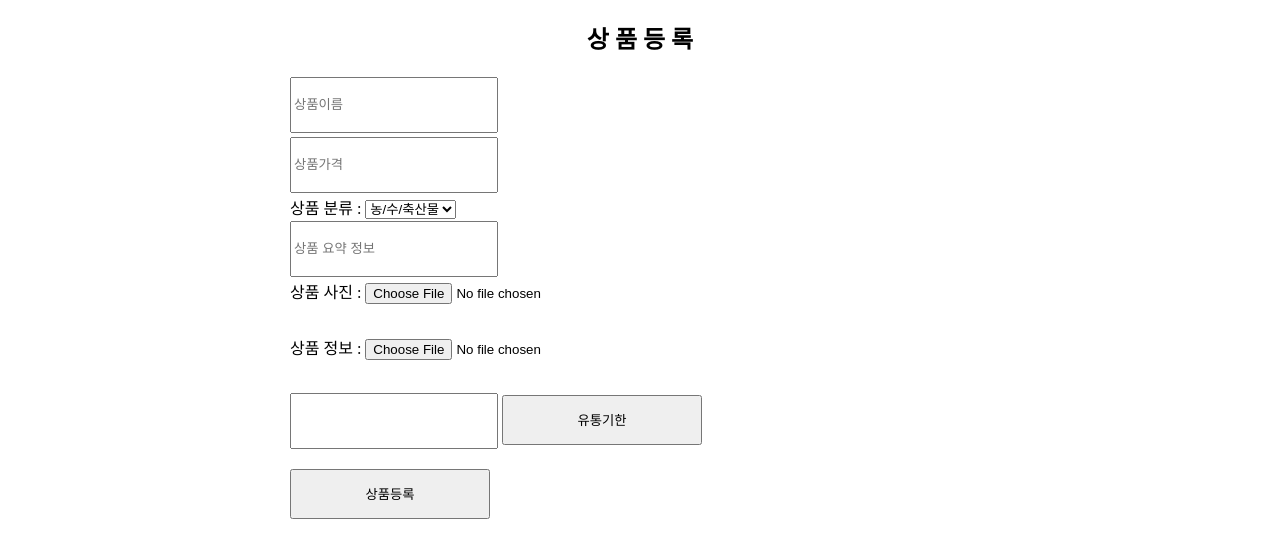
Repository: fellownew/project_workspace
Page: http://localhost/shoppingmall/WEB-INF/view/body/product/product_join_form.jsp
An editor plug-in stored every save of this project. The page is shown before and after the next save, followed by the edit.
The browser window is 1280 px wide. The pictures show the whole page.
The page is served by Tomcat 9. Nobody is signed in. The template is opened directly, without the code that normally fills it, so the values that code supplies are empty.

Above is the page before, as saved 2015-06-11 01:49:40.

After the next save:
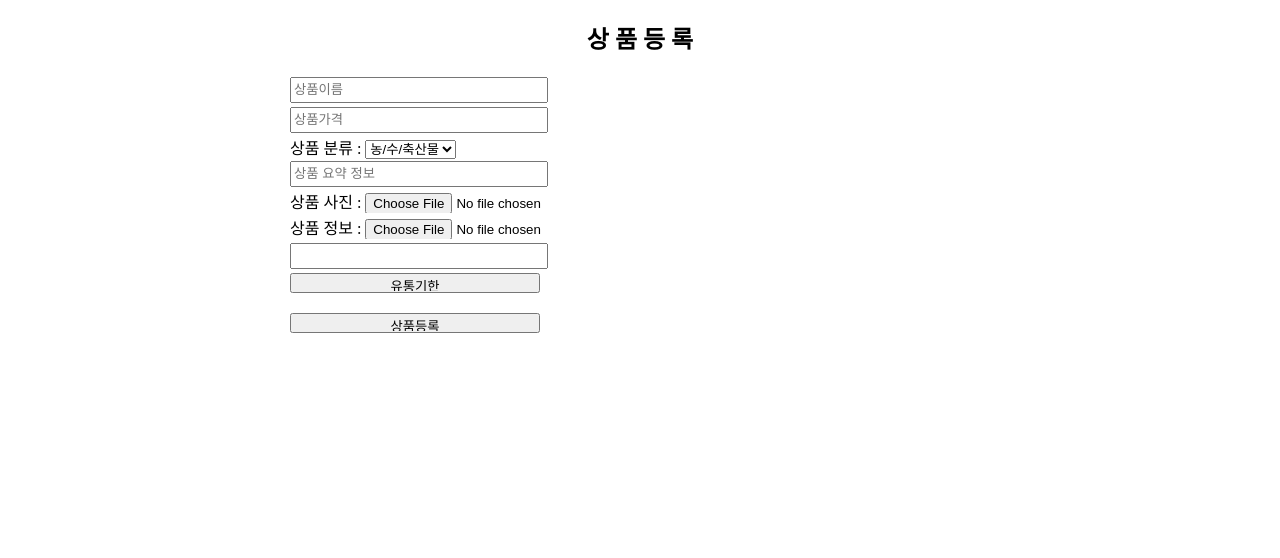
Saved 13 s later.
--- a/shoppingmall/WebContent/WEB-INF/view/body/product/product_join_form.jsp
+++ b/shoppingmall/WebContent/WEB-INF/view/body/product/product_join_form.jsp
@@ -44,8 +44,8 @@
 #join_form input{
 	margin-top: 2px;
 	margin-bottom: 2px;
-	width:200px;
-	height: 50px;
+	width:250px;
+	height: 20px;
 }
 </style>
 <div style="width: 700px;margin:0 auto">
